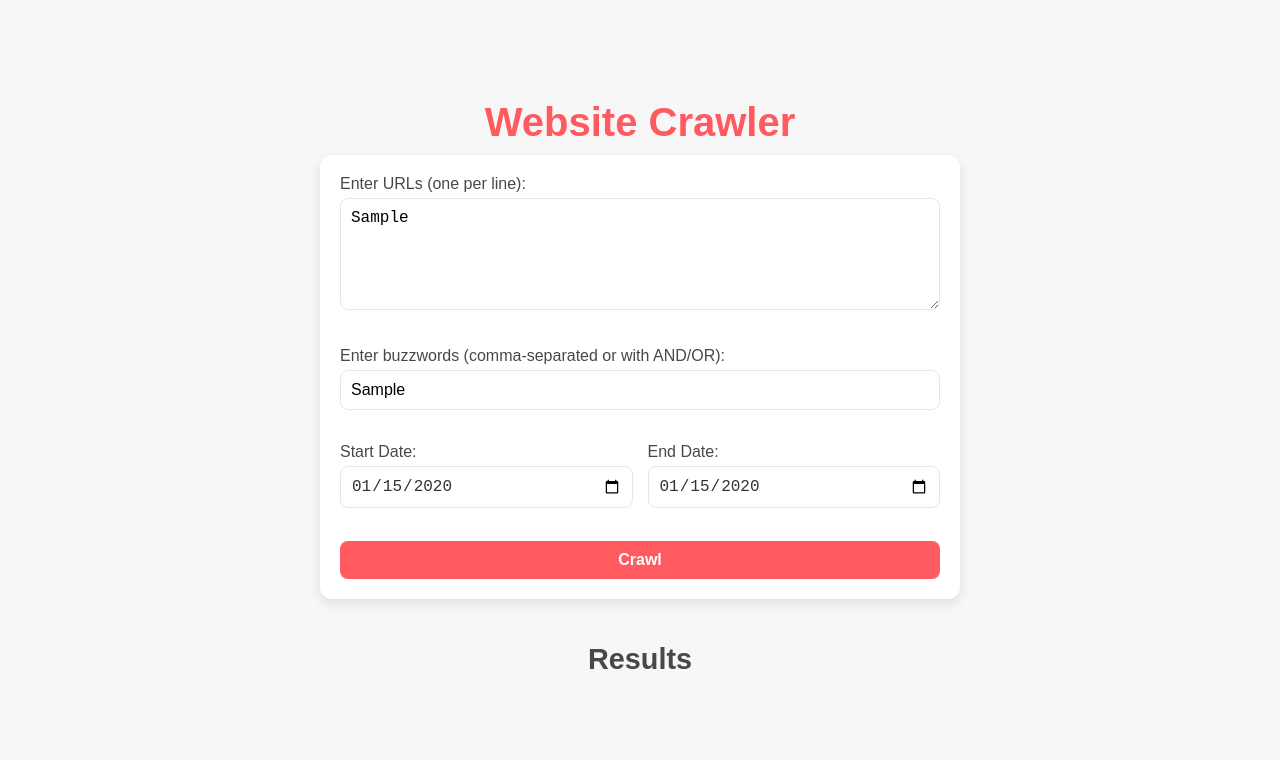
Repository: LubegaH/tenderwebscraper
Page: http://localhost/
The author's editor kept a copy of each file at every save. The page is drawn from the files as they stood at one save, then again after the next save.
The browser window is 1280 px wide. The pictures show the whole page.
Empty fields were first filled with sample values (such as "Sample", 5 or name@example.com).
After loading, the first visible `#crawler-form` was submitted once.
The page is served by the project's application, run on Flask 3 (app.py). Other server files are loaded and not shown.

Above is the page before, as saved 2025-02-19 14:30:12.

### templates/index.html
<!DOCTYPE html>
<html lang="en">
  <head>
    <meta charset="UTF-8" />
    <meta name="viewport" content="width=device-width, initial-scale=1.0" />
    <title>Website Crawler</title>
    <link
      rel="stylesheet"
      href="{{ url_for('static', filename='styles.css') }}"
    />
  </head>
  <body>
    <h1>Website Crawler</h1>
    <form id="crawler-form">
      <label for="urls">Enter URLs (one per line):</label><br />
      <textarea id="urls" name="urls" rows="5" cols="50"></textarea><br /><br />

      <label for="buzzwords"
        >Enter buzzwords (comma-separated or with AND/OR):</label
      ><br />
      <input
        type="text"
        id="buzzwords"
        name="buzzwords"
        size="50"
      /><br /><br />

      <div class="date-range">
        <div>
          <label for="start-date">Start Date:</label>
          <input
            type="date"
            id="start-date"
            name="start-date"
            class="date-field"
          />
        </div>
        <div>
          <label for="end-date">End Date:</label>
          <input type="date" id="end-date" name="end-date" class="date-field" />
        </div>
      </div>
      <br />

      <input type="submit" value="Crawl" />
    </form>

    <h2>Results</h2>
    <div id="results"></div>

    <script>
      document
        .getElementById('crawler-form')
        .addEventListener('submit', async function (e) {
          e.preventDefault();

          const urls = document
            .getElementById('urls')
            .value.split('\n')
            .map((url) => url.trim())
            .filter((url) => url.length > 0);

          const buzzwords = document.getElementById('buzzwords').value;
          const startDate = document.getElementById('start-date').value;
          const endDate = document.getElementById('end-date').value;

          const resultDiv = document.getElementById('results');
          resultDiv.innerHTML = '<p>Crawling... Please wait.</p>';

          try {
            const response = await fetch('/crawl', {
              method: 'POST',
              headers: {
                'Content-Type': 'application/json',
              },
              body: JSON.stringify({ urls, buzzwords, startDate, endDate }),
            });

            if (!response.ok) {
              throw new Error(`HTTP error! status: ${response.status}`);
            }

            const data = await response.json();
            displayResults(data);
          } catch (error) {
            resultDiv.innerHTML = `<p>Error: ${error.message}</p>`;
          }
        });

      function displayResults(data) {
        const resultDiv = document.getElementById('results');
        resultDiv.innerHTML = '';

        // Group results into three categories
        const unableToCrawl = [];
        const foundBuzzwords = [];
        const noBuzzwordsFound = [];

        // Each 'item' in data has the structure: {url, found: [...], error: ...}
        data.forEach((item) => {
          if (item.error) {
            // unable to crawl
            unableToCrawl.push(item);
          }
          // No error, so the request succeeded
          else if (Array.isArray(item.found) && item.found.length > 0) {
            foundBuzzwords.push({ url: item.url, buzzwords: item.found });
          } else {
            // Crawled successfully but no buzzwords found
            noBuzzwordsFound.push(item.url);
          }
        });

        // Build HTML for each section
        // 1) Unable to crawl
        let html = 'div class="result-section"';
        html += '<h3>I am unable to crawl these pages:</h3>';
        if (unableToCrawl.length > 0) {
          html += '<ul>';
          unableToCrawl.forEach((url) => {
            html += `<li>${url}</li>`;
          });
          html += '</ul>';
        } else {
          html += '<p>None</p>';
        }
        html += '</div>';
        // 2) No buzzwords found
        html += '<div class="result-section">';
        html += "<h3> I couldn't find any buzzwords on these pages:</h3>";
        if (noBuzzwordsFound.length > 0) {
          html += '<ul>';
          noBuzzwordsFound.forEach((url) => {
            html += `<li>${url}</li>`;
          });
          html += '</ul>';
        } else {
          html += '<p>None</p>';
        }
        html += '</div>';

        // 3) Buzzwords found
        html += '<div class="result-section">';
        html += '<h3> I found the following buzzwords on these pages:</h3>';
        if (foundBuzzwords.length > 0) {
          html += '<ul>';
          foundBuzzwords.forEach((entry) => {
            const joinedBuzzwords = entry.buzzwords.join(', ');
            html += `<li><strong>${entry.url}</strong>: ${joinedBuzzwords}</li>`;
          });
          html += '</ul>';
        } else {
          html += '<p>None</p>';
        }
        html += '</div>';

        // data.forEach((result) => {
        //   const resultElement = document.createElement('div');
        //   resultElement.className = 'result-item';

        //   if (result.error) {
        //     resultElement.innerHTML = `<p class="error">Error crawling ${result.url}: ${result.error}</p>`;
        //   } else {
        //     resultElement.innerHTML = `<h3>${
        //       result.url
        //     }</h3><p>${result.found.join(', ')}</p>`;
        //   }

        //   resultDiv.appendChild(resultElement);
        // });
      }
    </script>
  </body>
</html>

### app.py

# app.py - Backend using Flask
import os
from flask import Flask, render_template, request, jsonify
import requests
from bs4 import BeautifulSoup
import re

app = Flask(__name__)

# Function to scrape the URL and look for buzzwords
def scrape_url(url, buzzwords):
    try:
        response = requests.get(url, timeout=10)  # Added timeout to avoid long waits on unresponsive servers
        if response.status_code == 200:
            soup = BeautifulSoup(response.text, 'html.parser')
            text = soup.get_text(separator=' ')
            found_words = [word for word in buzzwords if re.search(r'\b' + re.escape(word) + r'\b', text, re.IGNORECASE)]
            if found_words:
                return {'url': url, 'found': found_words}
            else:
                return {'url': url, 'found': []}  # No buzzwords found
        else:
            return {'url': url, 'error': 'Unable to fetch the page.'}
    except requests.RequestException as e:
        return {'url': url, 'error': f"Error: {str(e)}"}

@app.route('/')
def index():
    return render_template('index.html')

@app.route('/crawl', methods=['POST'])
def crawl():
    data = request.get_json()
    urls = data.get('urls', [])
    buzzwords = data.get('buzzwords', [])

    # Ensure buzzwords are in a list format
    if isinstance(buzzwords, str):
        buzzwords = [word.strip() for word in buzzwords.split(',')]

    results = []
    for url in urls:
        result = scrape_url(url, buzzwords)
        results.append(result)
    return jsonify(results)

if __name__ == '__main__':
    port = int(os.environ.get('PORT', 5000))
    app.run(debug=False, host='0.0.0.0', port=port)
    # app.run(debug=True, port=port)

### static/styles.css
/* General Styles */
body {
  font-family: Arial, sans-serif;
  background-color: #f7f7f7;
  color: #333;
  margin: 0;
  padding: 20px;
  display: flex;
  justify-content: center;
  align-items: center;
  flex-direction: column;
  min-height: 100vh;
}

h1 {
  color: #ff5a5f; /* Airbnb's primary brand color */
  font-size: 2.5rem;
  margin-bottom: 10px;
}

/* Form Styles */
form {
  background: #ffffff;
  padding: 20px;
  border-radius: 12px;
  box-shadow: 0 4px 12px rgba(0, 0, 0, 0.1);
  width: 100%;
  max-width: 600px;
  margin-bottom: 20px;
}

label {
  font-size: 1rem;
  color: #484848;
  font-weight: 500;
}

textarea,
input[type='text'] {
  width: 100%;
  padding: 10px;
  margin-top: 5px;
  margin-bottom: 15px;
  border: 1px solid #e6e6e6;
  border-radius: 8px;
  font-size: 1rem;
  box-sizing: border-box;
}

input[type='submit'] {
  background-color: #ff5a5f;
  color: #fff;
  border: none;
  padding: 10px 20px;
  font-size: 1rem;
  font-weight: bold;
  border-radius: 8px;
  cursor: pointer;
  transition: background-color 0.3s ease;
  width: 100%;
  box-sizing: border-box;
}

input[type='submit']:hover {
  background-color: #ff787d;
}

/* Results Section Styles */
h2 {
  color: #484848;
  font-size: 1.8rem;
  margin-bottom: 10px;
}

#results {
  width: 100%;
  max-width: 600px;
}

.result-item {
  background-color: #ffffff;
  margin-top: 10px;
  padding: 15px;
  border-radius: 10px;
  box-shadow: 0 2px 8px rgba(0, 0, 0, 0.1);
}

.result-item h3 {
  color: #ff5a5f;
  margin: 0 0 10px;
}

ul {
  list-style-type: none;
  padding-left: 0;
}

ul li {
  background-color: #f7f7f7;
  padding: 8px;
  border-radius: 5px;
  margin-bottom: 5px;
  font-size: 0.9rem;
  color: #333;
}

.error {
  color: #d9534f;
}
/* Styling for date fields */
.date-field {
  width: 100%;
  padding: 10px;
  margin-top: 5px;
  margin-bottom: 15px;
  border: 1px solid #e6e6e6;
  border-radius: 8px;
  font-size: 1rem;
  box-sizing: border-box;
  background-color: #ffffff;
  color: #333;
  transition: border-color 0.3s ease;
}

/* Consistent styling on focus */
.date-field:focus {
  outline: none;
  border-color: #ff5a5f;
  box-shadow: 0 0 0 2px rgba(255, 90, 95, 0.3);
}
/* Date range wrapper styling */
.date-range {
  display: flex;
  gap: 15px; /* Space between start and end date fields */
}

.date-range > div {
  flex: 1; /* Ensures both fields are evenly spaced and take up equal width */
}

After the next save:
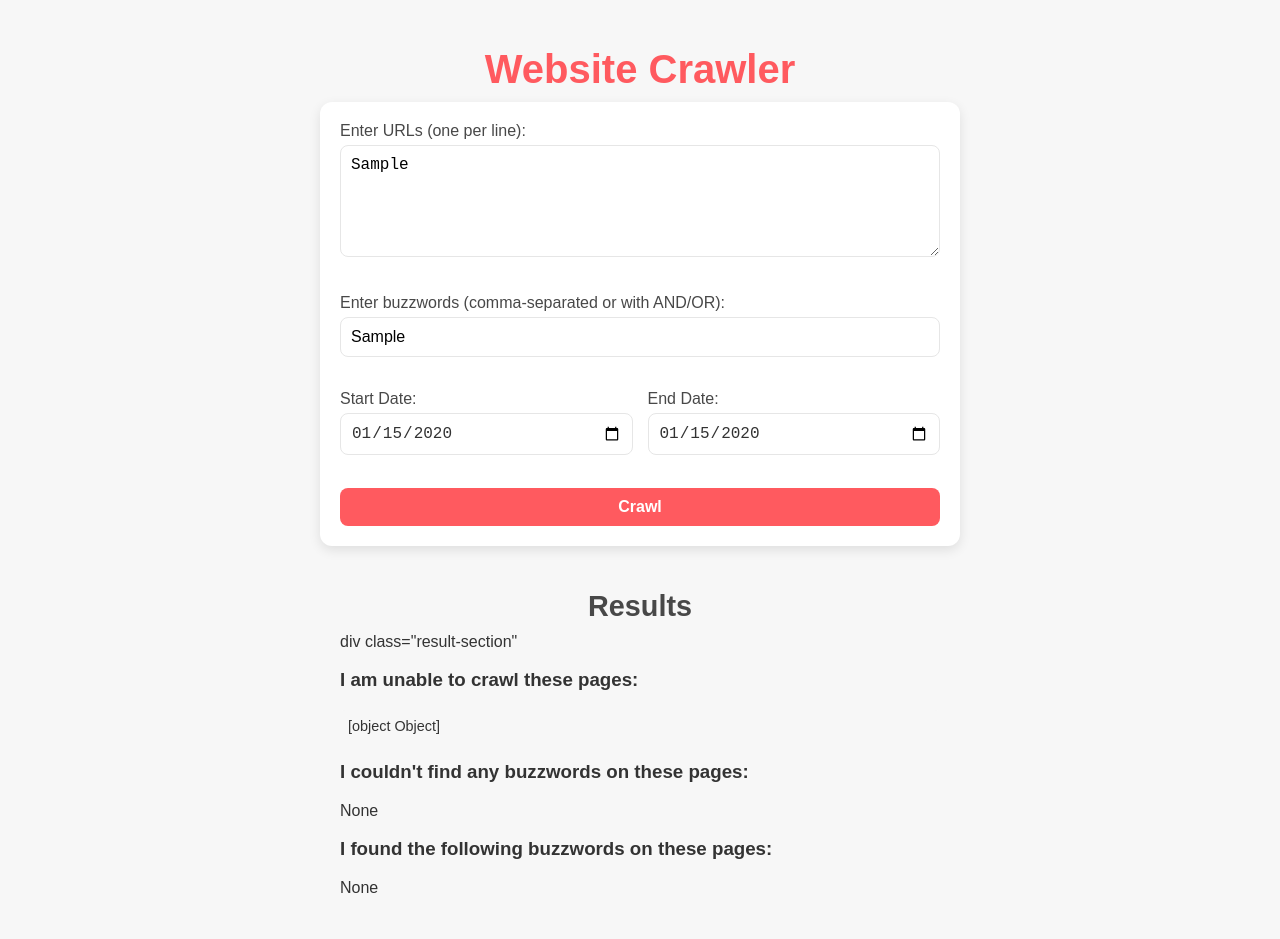
Saved 79 s later.
--- a/templates/index.html
+++ b/templates/index.html
@@ -154,6 +154,9 @@
         }
         html += '</div>';
 
+        // Insert all sections into the result div
+        resultDiv.innerHTML = html;
+
         // data.forEach((result) => {
         //   const resultElement = document.createElement('div');
         //   resultElement.className = 'result-item';
